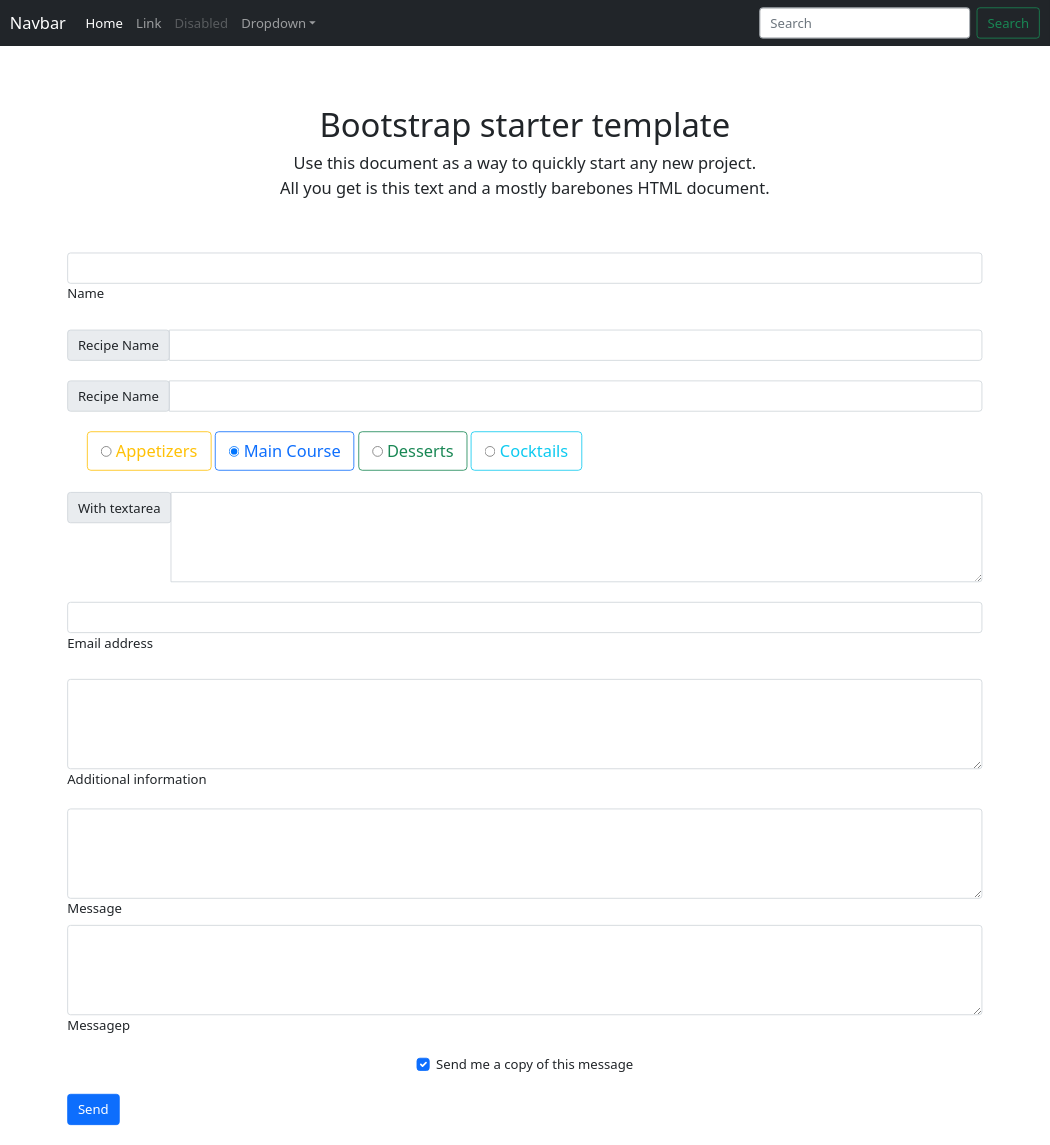
Repository: jerrywthompson/createRecipeWebpageHTML
Page: index.html
These files come from the project's save history. The page is drawn as it stood at one moment and after the next save; the edit follows.
The browser window is 1280 px wide. The pictures show the whole page, at 82% of full size.

Above is the page before, as saved 2021-02-23 22:09:54.

### index.html
<!doctype html>
<html lang="en">
    <head>
        <meta charset="utf-8">
        <meta name="viewport" content="width=device-width, initial-scale=1">
        <meta name="description" content="">
        <meta name="author" content="Mark Otto, Jacob Thornton, and Bootstrap contributors">
        <meta name="generator" content="Hugo 0.80.0">
        <title>Starter Template · Bootstrap v5.0</title>

        <link rel="canonical" href="https://getbootstrap.com/docs/5.0/examples/starter-template/">



        <!-- Bootstrap core CSS -->
        <link href="../assets/dist/css/bootstrap.min.css" rel="stylesheet">

        <style>
            .bd-placeholder-img {
                font-size: 1.125rem;
                text-anchor: middle;
                -webkit-user-select: none;
                -moz-user-select: none;
                user-select: none;
            }

            @media (min-width: 768px) {
                .bd-placeholder-img-lg {
                    font-size: 3.5rem;
                }
            }
        </style>


        <!-- Custom styles for this template -->
        <link href="starter-template.css" rel="stylesheet">
    </head>
    <body>

        <nav class="navbar navbar-expand-md navbar-dark bg-dark fixed-top">
            <div class="container-fluid">
                <a class="navbar-brand" href="#">Navbar</a>
                <button class="navbar-toggler" type="button" data-bs-toggle="collapse" data-bs-target="#navbarsExampleDefault" aria-controls="navbarsExampleDefault" aria-expanded="false" aria-label="Toggle navigation">
                    <span class="navbar-toggler-icon"></span>
                </button>

                <div class="collapse navbar-collapse" id="navbarsExampleDefault">
                    <ul class="navbar-nav me-auto mb-2 mb-md-0">
                        <li class="nav-item">
                            <a class="nav-link active" aria-current="page" href="#">Home</a>
                        </li>
                        <li class="nav-item">
                            <a class="nav-link" href="#">Link</a>
                        </li>
                        <li class="nav-item">
                            <a class="nav-link disabled" href="#" tabindex="-1" aria-disabled="true">Disabled</a>
                        </li>
                        <li class="nav-item dropdown">
                            <a class="nav-link dropdown-toggle" href="#" id="dropdown01" data-bs-toggle="dropdown" aria-expanded="false">Dropdown</a>
                            <ul class="dropdown-menu" aria-labelledby="dropdown01">
                                <li><a class="dropdown-item" href="#">Action</a></li>
                                <li><a class="dropdown-item" href="#">Another action</a></li>
                                <li><a class="dropdown-item" href="#">Something else here</a></li>
                            </ul>
                        </li>
                    </ul>
                    <form class="d-flex">
                        <input class="form-control me-2" type="search" placeholder="Search" aria-label="Search">
                        <button class="btn btn-outline-success" type="submit">Search</button>
                    </form>
                </div>
            </div>
        </nav>



        <div class="starter-template text-center py-5 px-3">
            <h1>Bootstrap starter template</h1>
            <p class="lead">Use this document as a way to quickly start any new project.<br> All you get is this text and a mostly barebones HTML document.</p>
        </div>
        <main class="container">
            <div class="input-section">
                <fieldset class="form-group">

                    <form action="test.php" method="post">
                        <!-- Name input -->
                        <div class="form-outline mb-4">
                            <input type="text" name="recipeName" id="form4Example1" class="form-control" />
                            <label class="form-label" for="form4Example1">Name</label>
                        </div>

                        <div class="input-group mb-4">
                            <div class="input-group-prepend">
                                <span class="input-group-text" id="inputGroup-sizing-default">Recipe Name</span>
                            </div>
                            <input type="text" name="notes" class="form-control" aria-label="Default" aria-describedby="inputGroup-sizing-default">
                        </div>

                        <div class="input-group mb-4">
                            <div class="input-group-prepend">
                                <span class="input-group-text" id="inputGroup-sizing-default">Recipe Name</span>
                            </div>
                            <input type="text" name="notes" class="form-control" aria-label="Default" aria-describedby="inputGroup-sizing-default">
                        </div>

                        <div class="input-group mb-4">
                            <div class="form-check">
                                <label class="btn btn-outline-warning btn-lg">
                                    <input type="radio" name="recipeType" id="appetizers" value="appetizers" autocomplete="off" > Appetizers
                                </label>
                                <label class="btn btn-outline-primary btn-lg">
                                    <input type="radio" name="recipeType" id="main_course" value="main_course" autocomplete="off" checked> Main Course
                                </label>
                                <label class="btn btn-outline-success btn-lg">
                                    <input type="radio" name="recipeType" id="desserts" value="desserts" autocomplete="off"> Desserts
                                </label>
                                <label class="btn btn-outline-info btn-lg">
                                    <input type="radio" name="recipeType" id="cocktails" value="cocktails" autocomplete="off"> Cocktails
                                </label>
                            </div>
                        </div>

                        <div class="input-group mb-4">
                            <div class="input-group-prepend">
                                <span class="input-group-text">With textarea</span>
                            </div>
                            <textarea class="form-control" name="comments" id="form4Example3" rows="4"></textarea>
                        </div>

                        <!-- Email input -->
                        <div class="form-outline mb-4">
                            <input type="email" id="form4Example2" class="form-control" />
                            <label class="form-label" for="form4Example2">Email address</label>
                        </div>

                        <div class="form-outline mb-4">
                            <textarea class="form-control" id="form6Example7" rows="4"></textarea>
                            <label class="form-label-prepend" >Additional information</label>
                        </div>

                        <div class="form-outline">
                            <textarea class="form-control" id="textAreaExample" rows="4"></textarea>
                            <label class="form-label" for="textAreaExample">Message</label>
                          </div>

                        <!-- Message input -->
                        <div class="form-outline mb-4">
                            <textarea class="form-control" name="comments" id="form4Example3" rows="4"></textarea>
                            <label class="form-label-prepend" for="form4Example3">Messagep</label>
                        </div>

                        <!-- Checkbox -->
                        <div class="form-check d-flex justify-content-center mb-4">
                            <input
                                class="form-check-input me-2"
                                type="checkbox"
                                value=""
                                id="form4Example4"
                                checked
                                />
                            <label class="form-check-label" for="form4Example4">
                                Send me a copy of this message
                            </label>
                        </div>

                        <!-- Submit button -->
                        <button type="submit" class="btn btn-primary btn-block mb-4">Send</button>
                    </form>






                    <script src="../assets/dist/js/bootstrap.bundle.min.js"></script>


                    </body>
                    </html>
                    <a href="../flask_db4/flaskblog/templates/create_post.html"></a>

Loaded but not shown: assets/dist/css/bootstrap.min.css (library); starter-template.css (common file); assets/dist/js/bootstrap.bundle.min.js (library)

After the next save:
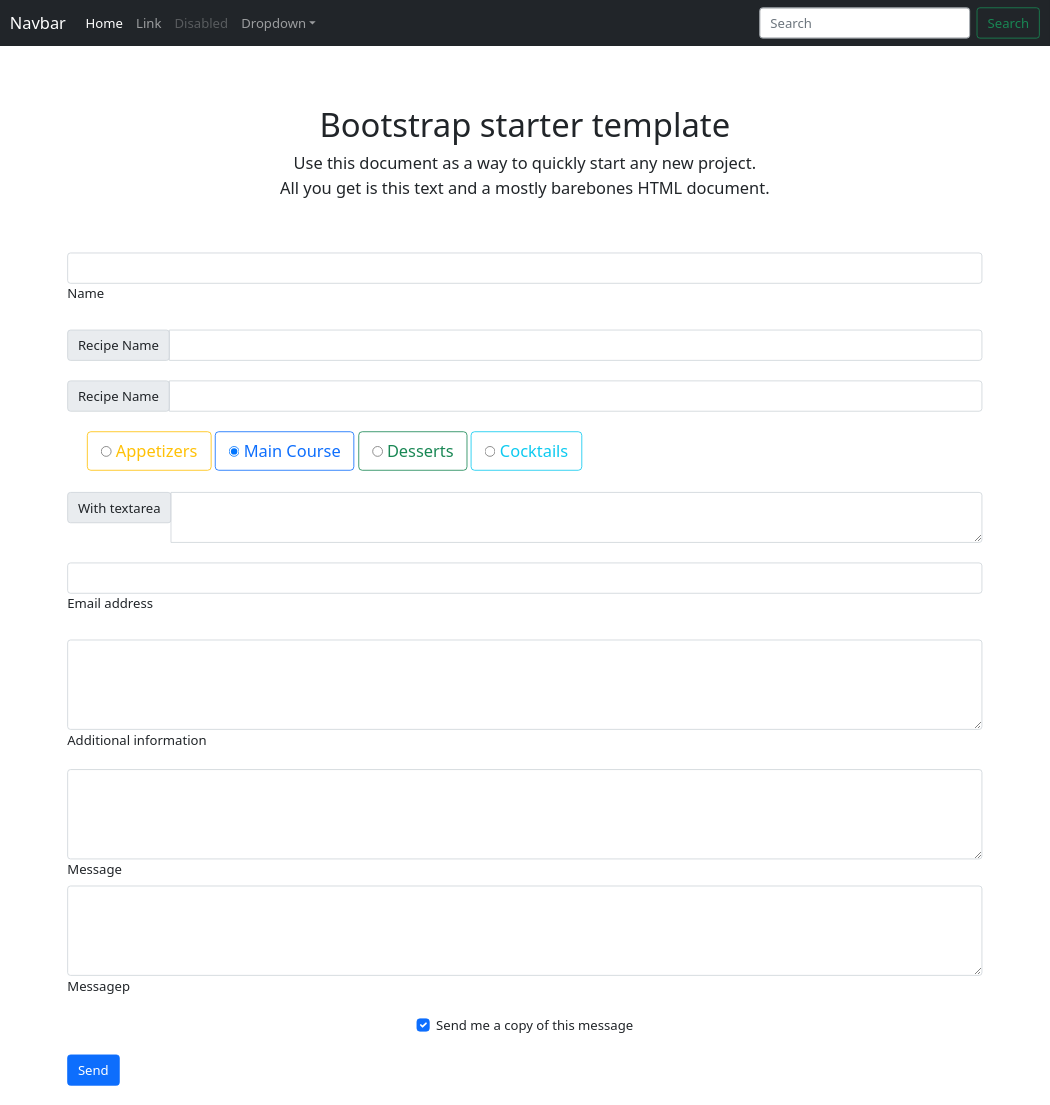
Saved 28 s later.
--- a/index.html
+++ b/index.html
@@ -124,7 +124,7 @@
                             <div class="input-group-prepend">
                                 <span class="input-group-text">With textarea</span>
                             </div>
-                            <textarea class="form-control" name="comments" id="form4Example3" rows="4"></textarea>
+                            <textarea class="form-control" name="comments" id="form4Example3"></textarea>
                         </div>
 
                         <!-- Email input -->
